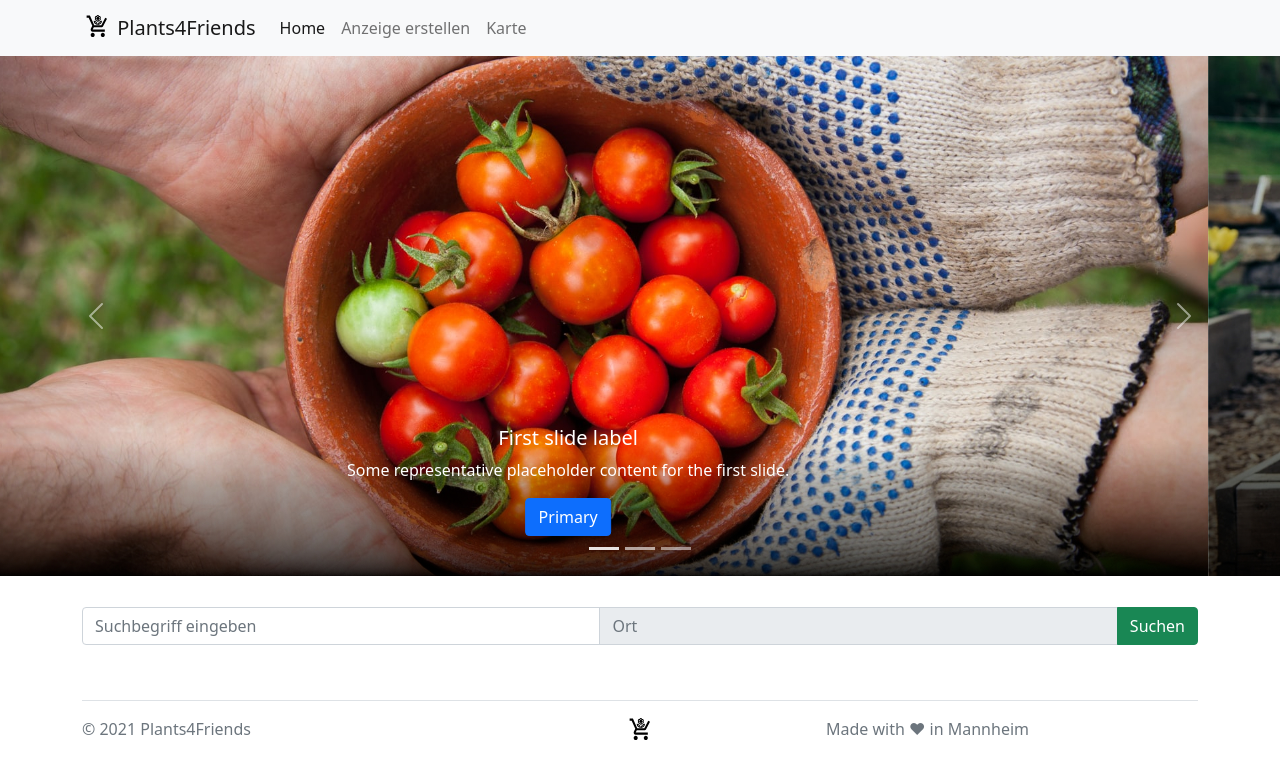
Repository: Carlson43/PlantsForFriends
Page: Website/index.html
These files come from the project's save history. The page is drawn as it stood at one moment and after the next save; the edit follows.
The browser window is 1280 px wide. The pictures show the whole page.

Above is the page before, as saved 2022-01-13 11:57:20.

After the next save:
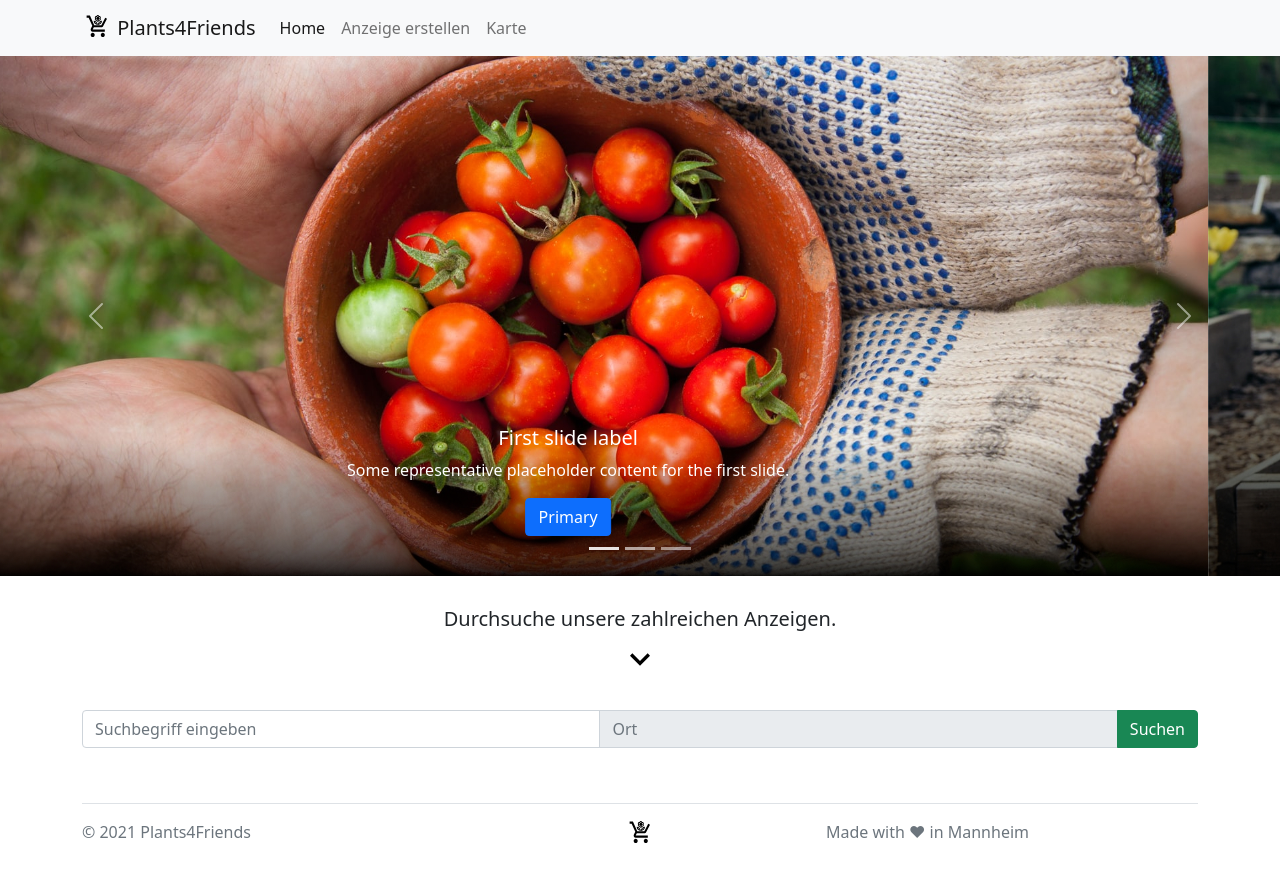
Saved 116 s later.
--- a/Website/index.html
+++ b/Website/index.html
@@ -108,6 +108,14 @@
 
     <div class="h-divider"></div>
 
+    <!-- Small Text -->
+    <div class="container-md text-center">
+      <h5>Durchsuche unsere zahlreichen Anzeigen.</h5>
+      <img src="./Design-Ressourcen/expand_more.svg" class="mx-auto d-block" alt="" style="height: 40px" >
+    </div>
+
+    <div class="h-divider"></div>
+
     <!-- Input / Search Group -->
       <div class="container-md">
         <div class="input-group">
@@ -138,7 +146,7 @@
                       <h6 class="card-subtitle mb-2 text-muted" id = "Card0contact">Kontaktmöglichkeit</h6>
                       <p class="card-text" id = "Card0text">Die Beschreibung der Anzeige soll hier dann erscheinen. Vielleicht ist die Größe aber ein Limit. Naja, das lässt sich bestimmt irgendiwe Lösen</p>
                        <!-- Detail Button -->
-                      <a  class="btn btn-primary" onclick = "addKey0();setTimeout(myURL, 1000);">Details ></a>
+                      <a  class="btn btn-primary" onclick = "addKey0();setTimeout(myURL, 4000);">Details ></a>
                   </div>
                 </div>
           </div>
@@ -154,7 +162,7 @@
                   <h6 class="card-subtitle mb-2 text-muted" id = "Card1contact">Kontaktmöglichkeit</h6>
                   <p class="card-text" id = "Card1text">Die Beschreibung der Anzeige soll hier dann erscheinen. Vielleicht ist die Größe aber ein Limit. Naja, das lässt sich bestimmt irgendiwe Lösen</p>
                   <!-- Detail Button -->
-                  <a class="btn btn-primary" onclick = "addKey1();setTimeout(myURL, 5000);">Details ></a>
+                  <a class="btn btn-primary" onclick = "addKey1();setTimeout(myURL, 4000);">Details ></a>
               </div>
             </div>
           </div>
@@ -170,7 +178,7 @@
                   <h6 class="card-subtitle mb-2 text-muted" id = "Card2contact">Kontaktmöglichkeit</h6>
                   <p class="card-text" id = "Card2text">Die Beschreibung der Anzeige soll hier dann erscheinen. Vielleicht ist die Größe aber ein Limit. Naja, das lässt sich bestimmt irgendiwe Lösen</p>
                   <!-- Detail Button -->
-                  <a class="btn btn-primary" onclick = "addKey2();setTimeout(myURL, 5000);">Details ></a>
+                  <a class="btn btn-primary" onclick = "addKey2();setTimeout(myURL, 4000);">Details ></a>
               </div>
             </div>
           </div>
@@ -188,7 +196,7 @@
                       <h6 class="card-subtitle mb-2 text-muted" id = "Card3contact">Kontaktmöglichkeit</h6>
                       <p class="card-text" id = "Card3text">Die Beschreibung der Anzeige soll hier dann erscheinen. Vielleicht ist die Größe aber ein Limit. Naja, das lässt sich bestimmt irgendiwe Lösen</p>
                       <!-- Detail Button -->
-                      <a  class="btn btn-primary" onclick = "addKey3();setTimeout(myURL, 5000);">Details ></a>
+                      <a  class="btn btn-primary" onclick = "addKey3();setTimeout(myURL, 4000);">Details ></a>
                   </div>
                 </div>
           </div>
@@ -204,7 +212,7 @@
                   <h6 class="card-subtitle mb-2 text-muted" id = "Card4contact">Kontaktmöglichkeit</h6>
                   <p class="card-text" id = "Card4text">Die Beschreibung der Anzeige soll hier dann erscheinen. Vielleicht ist die Größe aber ein Limit. Naja, das lässt sich bestimmt irgendiwe Lösen</p>
                   <!-- Detail Button -->
-                  <a class="btn btn-primary" onclick = "addKey4();setTimeout(myURL, 5000);">Details ></a>
+                  <a class="btn btn-primary" onclick = "addKey4();setTimeout(myURL, 4000);">Details ></a>
               </div>
             </div>
           </div>
@@ -220,7 +228,7 @@
                   <h6 class="card-subtitle mb-2 text-muted" id = "Card5contact">Kontaktmöglichkeit</h6>
                   <p class="card-text" id = "Card5text">Die Beschreibung der Anzeige soll hier dann erscheinen. Vielleicht ist die Größe aber ein Limit. Naja, das lässt sich bestimmt irgendiwe Lösen</p>
                   <!-- Detail Button -->
-                  <a class="btn btn-primary" onclick = "addKey5();setTimeout(myURL, 5000);">Details ></a>
+                  <a class="btn btn-primary" onclick = "addKey5();setTimeout(myURL, 4000);">Details ></a>
               </div>
             </div>
           </div>
@@ -238,7 +246,7 @@
                       <h6 class="card-subtitle mb-2 text-muted" id = "Card6contact">Kontaktmöglichkeit</h6>
                       <p class="card-text" id = "Card6text">Die Beschreibung der Anzeige soll hier dann erscheinen. Vielleicht ist die Größe aber ein Limit. Naja, das lässt sich bestimmt irgendiwe Lösen</p>
                       <!-- Detail Button -->
-                      <a  class="btn btn-primary" onclick = "addKey6();setTimeout(myURL, 5000);">Details ></a>
+                      <a  class="btn btn-primary" onclick = "addKey6();setTimeout(myURL, 4000);">Details ></a>
                   </div>
                 </div>
           </div>
@@ -254,7 +262,7 @@
                   <h6 class="card-subtitle mb-2 text-muted" id = "Card7contact">Kontaktmöglichkeit</h6>
                   <p class="card-text" id = "Card7text">Die Beschreibung der Anzeige soll hier dann erscheinen. Vielleicht ist die Größe aber ein Limit. Naja, das lässt sich bestimmt irgendiwe Lösen</p>
                   <!-- Detail Button -->
-                  <a class="btn btn-primary" onclick = "addKey7();setTimeout(myURL, 5000);">Details ></a>
+                  <a class="btn btn-primary" onclick = "addKey7();setTimeout(myURL, 4000);">Details ></a>
               </div>
             </div>
           </div>
@@ -270,7 +278,7 @@
                   <h6 class="card-subtitle mb-2 text-muted" id = "Card8contact">Kontaktmöglichkeit</h6>
                   <p class="card-text" id = "Card8text">Die Beschreibung der Anzeige soll hier dann erscheinen. Vielleicht ist die Größe aber ein Limit. Naja, das lässt sich bestimmt irgendiwe Lösen</p>
                   <!-- Detail Button -->
-                  <a class="btn btn-primary" onclick = "addKey8();setTimeout(myURL, 5000);">Details ></a>
+                  <a class="btn btn-primary" onclick = "addKey8();setTimeout(myURL, 4000);">Details ></a>
               </div>
             </div>
           </div>
